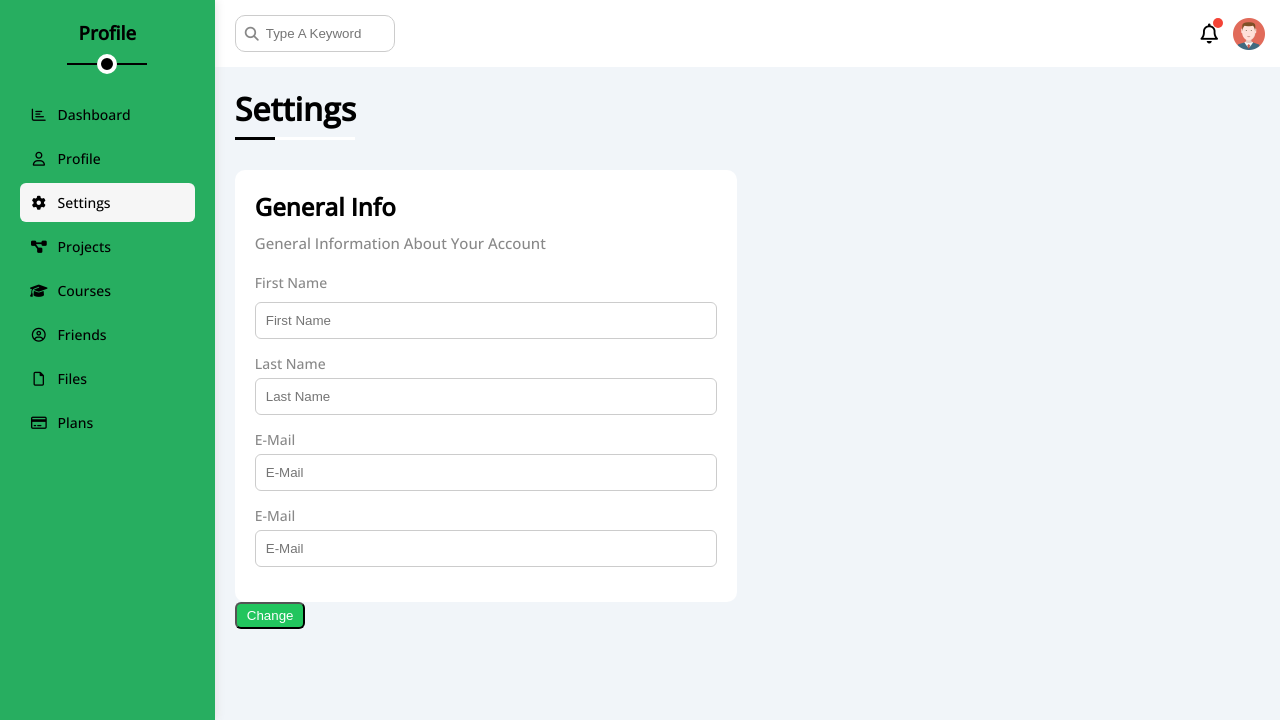
Repository: souhailaniba/Bookly
Page: public/assets/books webstie/settings.html
An editor plug-in stored every save of this project. The page is shown before and after the next save, followed by the edit.
The browser window is 1280 px wide. The pictures show the whole page.

Above is the page before, as saved 2023-01-27 15:03:57.

### public/assets/books webstie/settings.html
<!DOCTYPE html>
<html lang="en">
  <head>
    <meta charset="UTF-8" />
    <meta http-equiv="X-UA-Compatible" content="IE=edge" />
    <meta name="viewport" content="width=device-width, initial-scale=1.0" />
    <title>Settings</title>
    <link rel="stylesheet" href="css/all.min.css" />
    <link rel="stylesheet" href="css/framework.css" />
    <link rel="stylesheet" href="css/master.css" />
    <link rel="preconnect" href="https://fonts.googleapis.com" />
    <link rel="preconnect" href="https://fonts.gstatic.com" crossorigin />
    <link href="https://fonts.googleapis.com/css2?family=Open+Sans:wght@300;500&display=swap" rel="stylesheet" />
  </head>
  <body>
    <div class="page d-flex">
      <div class="sidebar bg-white p-20 p-relative"   style="background-color: #27ae60;">
        <h3 class="p-relative txt-c mt-0">Profile</h3>
        <ul>
          <li>
            <a class="d-flex align-center fs-14 c-black rad-6 p-10" href="profil.html">
              <i class="fa-regular fa-chart-bar fa-fw"></i>
              <span>Dashboard</span>
            </a>
          </li>
          <li>
            <a class="d-flex align-center fs-14 c-black rad-6 p-10" href="profile.html">
              <i class="fa-regular fa-user fa-fw"></i>
              <span>Profile</span>
            </a>
          </li>
          <li>
            <a class="active d-flex align-center fs-14 c-black rad-6 p-10" href="settings.html">
              <i class="fa-solid fa-gear fa-fw"></i>
              <span>Settings</span>
            </a>
          </li>
          <li>
            <a class="d-flex align-center fs-14 c-black rad-6 p-10" href="projects.html">
              <i class="fa-solid fa-diagram-project fa-fw"></i>
              <span>Projects</span>
            </a>
          </li>
          <li>
            <a class="d-flex align-center fs-14 c-black rad-6 p-10" href="courses.html">
              <i class="fa-solid fa-graduation-cap fa-fw"></i>
              <span>Courses</span>
            </a>
          </li>
          <li>
            <a class="d-flex align-center fs-14 c-black rad-6 p-10" href="friends.html">
              <i class="fa-regular fa-circle-user fa-fw"></i>
              <span>Friends</span>
            </a>
          </li>
          <li>
            <a class="d-flex align-center fs-14 c-black rad-6 p-10" href="files.html">
              <i class="fa-regular fa-file fa-fw"></i>
              <span>Files</span>
            </a>
          </li>
          <li>
            <a class="d-flex align-center fs-14 c-black rad-6 p-10" href="plans.html">
              <i class="fa-regular fa-credit-card fa-fw"></i>
              <span>Plans</span>
            </a>
          </li>
        </ul>
      </div>
      <div class="content w-full">
        <!-- Start Head -->
        <div class="head bg-white p-15 between-flex">
          <div class="search p-relative">
            <input class="p-10" type="search" placeholder="Type A Keyword" />
          </div>
          <div class="icons d-flex align-center">
            <span class="notification p-relative">
              <i class="fa-regular fa-bell fa-lg"></i>
            </span>
            <img src="imgs/avatar.png" alt="" />
          </div>
        </div>
        <!-- End Head -->
        <h1 class="p-relative">Settings</h1>
        <div class="settings-page m-20 d-grid gap-20">
          <!-- Start Settings Box -->
          <form action="">
            <div class="p-20 bg-white rad-10">
              <h2 class="mt-0 mb-10">General Info</h2>
              <p class="mt-0 mb-20 c-grey fs-15">General Information About Your Account</p>
              <div class="mb-15">
                <label class="fs-14 c-grey d-block mb-10" for="first">First Name</label>
                <input
                  class="b-none border-ccc p-10 rad-6 d-block w-full"
                  type="text"
                  id="first"
                  placeholder="First Name"
                />
              </div>
              <div class="mb-15">
                <label class="fs-14 c-grey d-block mb-5" for="last">Last Name</label>
                <input
                  class="b-none border-ccc p-10 rad-6 d-block w-full"
                  id="last"
                  type="text"
                  placeholder="Last Name"
                />
              </div>
              <div class="mb-15">
                <label class="fs-14 c-grey d-block mb-5" for="email">E-Mail</label>
                <input
                  class="b-none border-ccc p-10 rad-6 d-block w-full"
                  id="email"
                  type="email"
                  placeholder="E-Mail"
                />
              </div>
              <div class="mb-15">
                <label class="fs-14 c-grey d-block mb-5" for="email">E-Mail</label>
                <input
                  class="b-none border-ccc p-10 rad-6 d-block w-full"
                  id="email"
                  type="email"
                  placeholder="E-Mail"
                />
              </div>
            </div>
              <button class="button bg-green c-white btn-shape" type="submit" action="">Change</button>
            </div>
          </div>
        </form>
          <!-- End Settings Box -->
        </div>
      </div>
    </div>
  </body>
</html>

### public/assets/books webstie/css/framework.css
:root {
  --blue-color: #0075ff;
  --blue-alt-color: #0d69d5;
  --orange-color: #f59e0b;
  --green-color: #22c55e;
  --red-color: #f44336;
  --grey-color: #888;
}
/* Start Box */
.d-flex {
  display: flex;
}
.f-wrap {
  flex-wrap: wrap;
}
.align-center {
  align-items: center;
}
.space-between {
  justify-content: space-between;
}
.d-grid {
  display: grid;
}
.gap-20 {
  gap: 20px;
}
.d-block {
  display: block;
}
@media (max-width: 767px) {
  .block-mobile {
    display: block;
  }
  .hide-mobile {
    display: none;
  }
}
/* End Box */
/* Start Padding + Margin */
.p-10 {
  padding: 10px;
}
.p-15 {
  padding: 15px;
}
.p-20 {
  padding: 20px;
}
.pt-10 {
  padding-top: 10px;
}
.pt-15 {
  padding-top: 15px;
}
.pt-20 {
  padding-top: 20px;
}
.pb-10 {
  padding-bottom: 10px;
}
.pb-15 {
  padding-bottom: 15px;
}
.pb-20 {
  padding-bottom: 20px;
}
.pl-15 {
  padding-left: 15px;
}
.m-0 {
  margin: 0;
}
.m-15 {
  margin: 15px;
}
.m-20 {
  margin: 20px;
}
.mt-0 {
  margin-top: 0;
}
.mt-5 {
  margin-top: 5px;
}
.mt-10 {
  margin-top: 10px;
}
.mt-15 {
  margin-top: 15px;
}
.mt-20 {
  margin-top: 20px;
}
.mt-25 {
  margin-top: 25px;
}
.mr-10 {
  margin-right: 10px;
}
.mr-15 {
  margin-right: 15px;
}
.mb-5 {
  margin-bottom: 5px;
}
.mb-10 {
  margin-bottom: 10px;
}
.mb-15 {
  margin-bottom: 15px;
}
.mb-20 {
  margin-bottom: 20px;
}
.mb-25 {
  margin-bottom: 25px;
}
/* End Padding + Margin */
/* Start Color */
.c-black {
  color: black;
}
.c-white {
  color: white;
}
.c-grey {
  color: var(--grey-color);
}
.c-red {
  color: var(--red-color);
}
.c-green {
  color: var(--green-color);
}
.c-blue {
  color: var(--blue-color);
}
.c-orange {
  color: var(--orange-color);
}
.bg-red {
  background-color: var(--red-color);
}
.bg-green {
  background-color: var(--green-color);
}
.bg-blue {
  background-color: var(--blue-color);
}
.bg-orange {
  background-color: var(--orange-color);
}
.bg-white {
  background-color: white;
}
.bg-eee {
  background-color: #eee;
}
/* End Color */
/* Start Position */
.p-relative {
  position: relative;
}
.p-absolute {
  position: absolute;
}
/* End Position */
/* Start Font */
.txt-c {
  text-align: center;
}
.fs-13 {
  font-size: 13px;
}
.fs-14 {
  font-size: 14px;
}
.fs-15 {
  font-size: 15px;
}
.fs-25 {
  font-size: 25px;
}
.fw-bold {
  font-weight: bold;
}
@media (max-width: 767px) {
  .txt-c-mobile {
    text-align: center;
  }
}
/* End Font */
/* Start Border */
.rad-6 {
  border-radius: 6px;
}
.rad-10 {
  border-radius: 10px;
}
.rad-half {
  border-radius: 50%;
}
.b-none {
  border: none;
}
.border-ccc {
  border: 1px solid #ccc;
}
.border-eee {
  border: 1px solid #eee;
}

/* End Border */
/* Start Width + Height */
.w-full {
  width: 100%;
}
.w-100 {
  width: 100px;
}
.w-fit {
  width: fit-content;
}
.h-full {
  height: 100%;
}
.h-100 {
  height: 100px;
}
/* End Width + Height */
/* Start Components */
.center-flex {
  display: flex;
  align-items: center;
  justify-content: center;
}
.between-flex {
  display: flex;
  align-items: center;
  justify-content: space-between;
}
.btn-shape {
  padding: 4px 10px;
  border-radius: 6px;
}
/* End Components */

Loaded but not shown: public/assets/books webstie/css/all.min.css (library); public/assets/books webstie/css/master.css (1171 lines, source omitted)

After the next save:
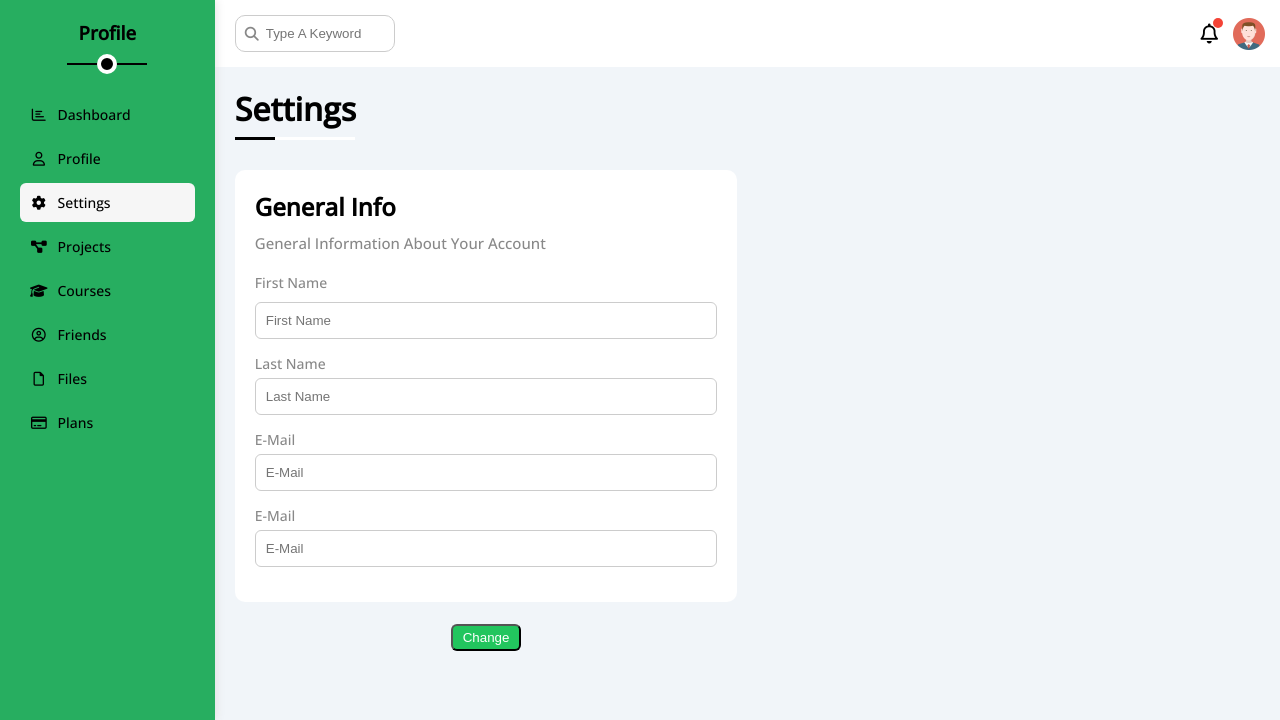
Saved 16 s later.
--- a/public/assets/books webstie/settings.html
+++ b/public/assets/books webstie/settings.html
@@ -125,7 +125,8 @@
                 />
               </div>
             </div>
-              <button class="button bg-green c-white btn-shape" type="submit" action="">Change</button>
+
+              <br><center><button class="button bg-green c-white btn-shape" type="submit" action="">Change</button></center>
             </div>
           </div>
         </form>
